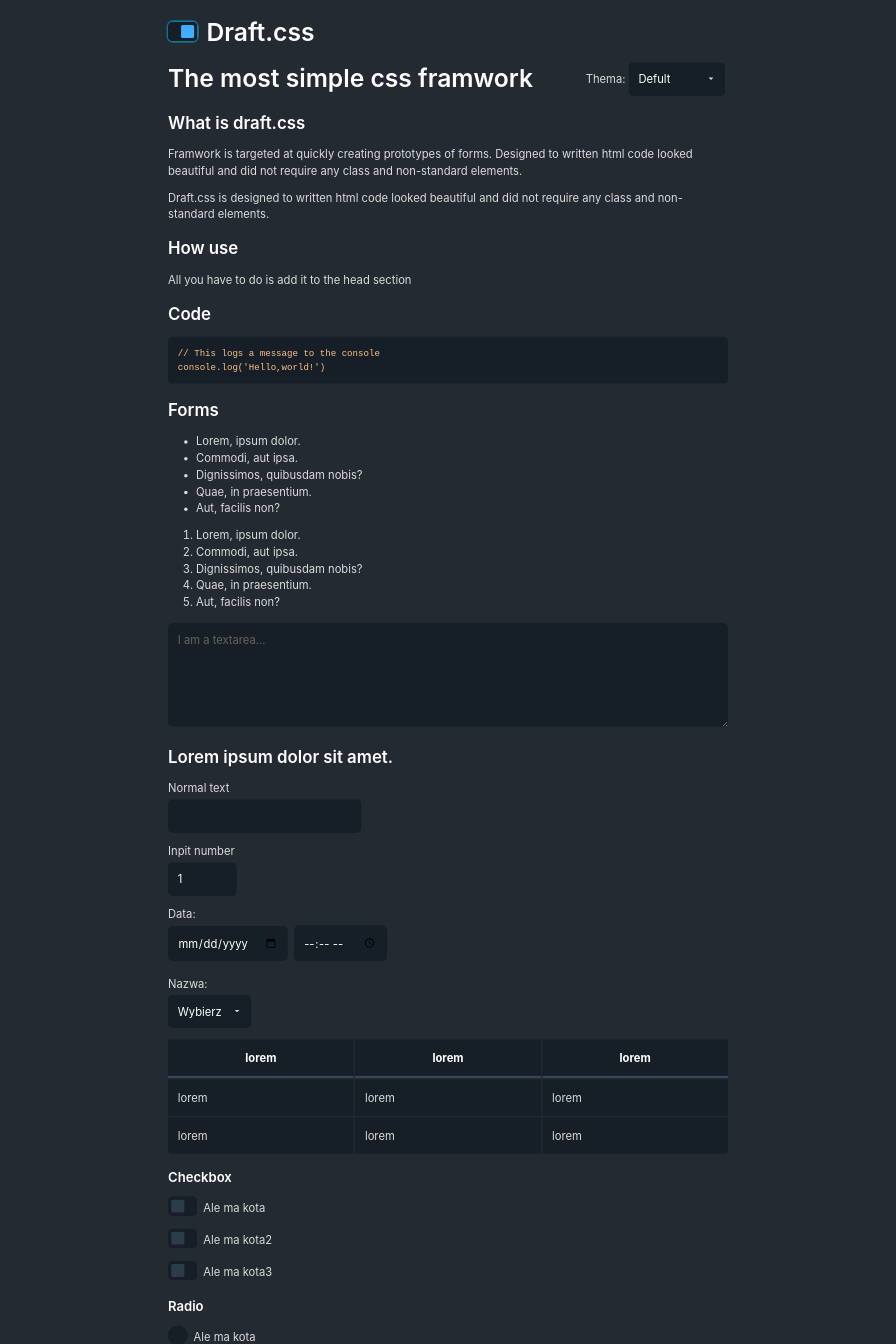
Repository: KozakBartosz/Draft
Page: index.html
The author's editor kept a copy of each file at every save. The page is drawn from the files as they stood at one save, then again after the next save.
The browser window is 1280 px wide. The pictures show the part of the page from y = 0 to 1920 px (the page is 3723 px tall before and 3871 px after), at 70% of full size.

Above is the page before, as saved 2019-04-12 08:31:18.

### index.html
<!DOCTYPE html>
<html lang="en">
	<head>
		<meta charset="UTF-8" />
		<meta name="viewport" content="width=device-width, initial-scale=1.0" />
		<meta http-equiv="X-UA-Compatible" content="ie=edge" />
		<title>Draft.css</title>
		<link rel="stylesheet" href="draft.css" />
	</head>
	<body>
		<h1><input type="checkbox" checked="checked" /> Draft.css</h1>
		<div style="float: right">
			Thema:
			<select name="" id="changethema">
				<option value="0">Defult</option>
				<option value="1">Defult mini</option>
				<option value="2">Light</option>
				<option value="3">Blood</option>
				<option value="4">Matrix</option>
			</select>
		</div>
		<h1>The most simple css framwork</h1>
		<h2>What is draft.css</h2>
		<p>
			Framwork is targeted at quickly creating prototypes of forms.
			Designed to written html code looked beautiful and did not require
			any class and non-standard elements.
		</p>
		<p>
			Draft.css is designed to written html code looked beautiful and did
			not require any class and non-standard elements.
		</p>
		<h2>How use</h2>
		<p>All you have to do is add it to the head section</p>

		<h2>Code</h2>
		<pre><code>// This logs a message to the console<br />console.log('Hello,world!')</code></pre>
		<h2>Forms</h2>

		<ul>
			<li>Lorem, ipsum dolor.</li>
			<li>Commodi, aut ipsa.</li>
			<li>Dignissimos, quibusdam nobis?</li>
			<li>Quae, in praesentium.</li>
			<li>Aut, facilis non?</li>
		</ul>
		<ol>
			<li>Lorem, ipsum dolor.</li>
			<li>Commodi, aut ipsa.</li>
			<li>Dignissimos, quibusdam nobis?</li>
			<li>Quae, in praesentium.</li>
			<li>Aut, facilis non?</li>
		</ol>
		<textarea
			name="about"
			id="about"
			placeholder="I am a textarea..."
			rows="6"
		></textarea>
		<h2>Lorem ipsum dolor sit amet.</h2>
		<label>
			Normal text
			<input type="text" />
		</label>
		<label>
			Inpit number <input type="number" / value="1">
		</label>
		Data:
		<div>
			<input type="date" />
			<input type="time" />
		</div>
		<label>
			Nazwa:
			<select name="" id="">
				<option value="">Wybierz</option>
				<option value="">jeden</option>
				<option value="">dwa</option>
				<option value="">trzy</option>
			</select>
		</label>

		<table>
			<tr>
				<th>lorem</th>
				<th>lorem</th>
				<th>lorem</th>
			</tr>
			<tr>
				<td>lorem</td>
				<td>lorem</td>
				<td>lorem</td>
			</tr>
			<tr>
				<td>lorem</td>
				<td>lorem</td>
				<td>lorem</td>
			</tr>
		</table>

		<h3>Checkbox</h3>
		<label> <input type="checkbox" /> Ale ma kota </label>

		<label> <input type="checkbox" /> Ale ma kota2 </label>

		<label> <input type="checkbox" /> Ale ma kota3 </label>

		<h3>Radio</h3>
		<label> <input type="radio" name="radio" /> Ale ma kota </label>
		<label> <input type="radio" name="radio" /> Ale ma kota2 </label>
		<label> <input type="radio" name="radio" /> Ale ma kota3 </label>

		<hr />

		<h2>Search</h2>

		<fieldset class="search">
			<legend>Szukaj</legend>
			<form action="produkty,szukaj" method="get">
				<input
					type="text"
					name="q"
					placeholder="Wpisz czego szukasz..."
				/>
				<button>Szukaj</button>
			</form>
		</fieldset>

		<h2>Change button color by html</h2>

		<h2>Code</h2>
		<pre><code>&lt;button&gt;Exit&lt;/button&gt;<br>&lt;button style="--button: #7e1616; --buttonhover: #b40d0d;"&gt;
	Ok<br>&lt;/button&gt;</code></pre>

		<h3>result</h3>
		<button>Exit</button>
		<button style="--button: #7e1616; --buttonhover: #b40d0d;">
			Ok
		</button>

		<h2>Details</h2>

		<details>
			<summary>Szczypta detali</summary>
			<p>Informacje szczegółowe na dany temat.</p>
		</details>

		<details open>
			<summary>Jeszcze wiecej szczegółów</summary>
			<p>Tu jest jeszcze wiecej informacji szczegółowych</p>
		</details>

		<h2>Real Form</h2>

		<form>
			<label for="email">Email</label>
			<input
				type="email"
				name="email"
				id="email"
				placeholder="john.doe@gmail.com"
			/>

			<label for="id">User id (read only)</label>
			<input readonly="" name="id" id="id" value="04D6H89Z" />

			<label for="disabled">Random disabled input</label>
			<input
				disabled=""
				name="disabled"
				id="disabled"
				placeholder="Because why not?"
			/>

			<label for="about">About me</label>

			<input type="checkbox" name="remember" id="remember" checked="" />
			<label for="remember">Remember me</label>

			<input type="submit" />
		</form>

		<p>
			<strong>Lorem ipsum</strong> dolor sit,
			<a href="">amet consectetur adipisicing</a> elit.
			<i>Hic nobis</i> atque eligendi voluptatum doloribus rem praesentium
			veniam quo delectus explicabo, architecto ipsam ipsa unde vitae
			excepturi iusto nesciunt placeat ducimus.
		</p>
		<p>
			Lorem ipsum dolor sit amet consectetur adipisicing elit. Enim saepe
			quisquam delectus accusantium nam recusandae obcaecati ullam, non
			neque <a href="">commodi modi tempore </a>magni magnam. Tenetur
			officiis mollitia facere libero sint.
		</p>
		<h4>Lorem ipsum dolor sit amet.</h4>
		<p>
			Lorem ipsum dolor, sit amet consectetur adipisicing elit. Possimus,
			vero quibusdam. Rerum libero nihil aspernatur, ipsam vel voluptatem
			inventore quasi. Odit, sapiente? Delectus beatae laudantium sapiente
			cupiditate et libero? Corrupti.
		</p>

		<button>Send</button>
		<script>
			var themes = [
				[
					{ brand: "#41adff" },
					{ mainbg: "#232a31" },
					{ mainpaddng: "14px" },
					{ radius: "7px" },

					{ low: "#161f27" },
					{ like: "#2b3c4b" },
					{ midi: "#324759" },
					{ hight: "#0b7392" },

					{ text: "#dbdbdb" },
					{ textContrast: "#fff" },

					{ code: "#ffbe85" },

					{ button: "#2b3c4a" },
					{ buttonhover: "#334a5e" },
					{ buttontext: "#fff" },

					{ fillhover: "#1b2731" }
				],
				[
					{ brand: "#41adff" },
					{ mainbg: "#232a31" },
					{ mainpaddng: "12px" },
					{ radius: "12px" },

					{ low: "#161f27" },
					{ like: "#2b3c4b" },
					{ midi: "#324759" },
					{ hight: "#0b7392" },

					{ text: "#dbdbdb" },
					{ textContrast: "#fff" },

					{ code: "#ffbe85" },

					{ button: "#2b3c4a" },
					{ buttonhover: "#334a5e" },
					{ buttontext: "#fff" },

					{ fillhover: "#1b2731" }
				],
				[
					{ brand: "#41adff" },
					{ mainbg: "#ffffff" },
					{ mainpaddng: "14px" },
					{ radius: "7px" },

					{ low: "#e8f1fa" },
					{ like: "#cfe2f7" },
					{ midi: "#b2cee7" },
					{ hight: "#1db5e4" },

					{ text: "#3f4646" },
					{ textContrast: "#1a1f1f" },

					{ code: "#20595f" },

					{ button: "#3dcca1" },
					{ buttonhover: "#34e0ad" },
					{ buttontext: "#fff" },

					{ fillhover: "#e8f5ff" }
				],
				[
					{ mainpaddng: "18px" },
					{ radius: "3px" },
					{ brand: "#c21a1a" },
					{ mainbg: "#312323" },

					{ code: "#ffbe85" },

					{ text: "#dbdbdb" },
					{ textContrast: "#fff" },

					{ button: "#4a2b2b" },
					{ buttonhover: "#5e3333" },
					{ buttontext: "#fff" },

					{ fillhover: "#311b1b" },

					{ low: "#271616" },
					{ like: "#4b2b2b" },
					{ midi: "#593232" },
					{ hight: "#800f0f" }
				],
				[
					{ mainpaddng: "11px" },
					{ radius: "13px" },
					{ brand: "#1ac260" },
					{ mainbg: "#233126" },

					{ code: "#c0ff85" },

					{ text: "#dbdbdb" },
					{ textContrast: "#fff" },

					{ button: "#324a2b" },
					{ buttonhover: "#385e33" },
					{ buttontext: "#fff" },

					{ fillhover: "#1b3122" },

					{ low: "#162717" },
					{ like: "#2b4b2e" },
					{ midi: "#32593f" },
					{ hight: "#0f803a" }
				]
			];

			let changethema = document.getElementById("changethema");
			let root = document.documentElement;
			changethema.addEventListener("change", e => {
				console.log(e);
				var theme = themes[e.target.value];
				theme.forEach(element => {
					var k = Object.keys(element)[0];
					root.style.setProperty("--" + k, element[k]);
				});
			});
		</script>
	</body>
</html>

### draft.css
/* TO DO */
/* <details> */
:root {
	--brand: #41adff;
	--mainbg: #232a31;
	--mainpaddng: 14px;
	--radius: 7px;

	--low: #161f27;
	--like: #2b3c4b;
	--midi: #324759;
	--hight: #0b7392;

	--text: #dbdbdb;
	--textContrast: #fff;

	--code: #ffbe85;

	--button: #2b3c4a;
	--buttonhover: #334a5e;
	--buttontext: #fff;

	--fillhover: #1b2731;
}
/*
:root {
	--brand: #41adff;
	--mainbg: #ffffff;
	--mainpaddng: 14px;
	--radius: 7px;

	--low: #e8f1fa;
	--like: #cfe2f7;
	--midi: #b2cee7;
	--hight: #1db5e4;

	--text: #3f4646;
	--textContrast: #1a1f1f;

	--code: #20595f;

	--button: #3dcca1;
	--buttonhover: #34e0ad;
	--buttontext: #fff;

	--fillhover: #e8f5ff;
} */

/* :root {
	--mainpaddng: 18px;
	--radius: 3px;
	--brand: #c21a1a;
	--mainbg: #312323;

	--code: #ffbe85;

	--text: #dbdbdb;
	--textContrast: #fff;

	--button: #4a2b2b;
	--buttonhover: #5e3333;
	--buttontext: #fff;

	--fillhover: #311b1b;

	--low: #271616;
	--like: #4b2b2b;
	--midi: #593232;
	--hight: #800f0f;
} */

/* :root {
	--mainpaddng: 11px;
	--radius: 13px;
	--brand: #1ac260;
	--mainbg: #233126;

	--code: #c0ff85;

	--text: #dbdbdb;
	--textContrast: #fff;

	--button: #324a2b;
	--buttonhover: #385e33;
	--buttontext: #fff;

	--fillhover: #1b3122;

	--low: #162717;
	--like: #2b4b2e;
	--midi: #32593f;
	--hight: #0f803a;
} */
body {
	font-family: -apple-system, BlinkMacSystemFont, "Segoe UI", "Roboto",
		"Oxygen", "Ubuntu", "Cantarell", "Fira Sans", "Droid Sans",
		"Helvetica Neue", sans-serif;
	line-height: 1.5;
	max-width: 800px;
	margin: 20px auto;
	padding: 0 var(--mainpaddng);
	color: var(--text);
	background: var(--mainbg);
	text-rendering: optimizeLegibility;
}

label {
	display: block;
}

button,
input,
textarea {
	vertical-align: middle;
	transition: background-color 0.2s ease, box-shadow 0.2s ease,
		transform 0.2s ease;
}
h1 {
	font-size: 2.2em;
	margin-top: 0;
}
h1,
h2,
h3,
h4,
h5,
h6 {
	margin-bottom: 12px;
}
h1,
h2,
h3,
h4,
h5,
h6,
strong {
	color: var(--textContrast);
	font-weight: 600;
}
button,
input[type="submit"],
input[type="button"],
input[type="checkbox"],
input[type="radio"] {
	cursor: pointer;
	display: inline-block;
}

input,
select,
button,
textarea {
	/* display: block; */
	color: var(--textContrast);
	background-color: var(--low);
	font-family: inherit;
	font-size: inherit;
	margin: 4px 4px 6px 0;
	padding: var(--mainpaddng);
	border: none;
	border-radius: var(--radius);
	outline: none;
	-webkit-appearance: none;
}
input[type="number"] {
	max-width: calc(var(--mainpaddng) * 5);
}

button:hover,
input:hover,
select:hover,
textarea:hover,
textarea:hover {
	background-color: var(--fillhover);
}

label > input,
label > select {
	display: block;
}

textarea {
	margin-right: 0;
	width: 100%;
	box-sizing: border-box;
	resize: vertical;
}
button,
input[type="submit"],
input[type="button"] {
	color: var(--buttontext);
	background-color: var(--button);
	padding: var(--mainpaddng) calc(var(--mainpaddng) * 2);
}

select {
	padding-right: calc(var(--mainpaddng) * 3);
	background: var(--low)
		url("data:[embedded picture, 198 characters]")
		100% 50%/27px 7px no-repeat;
}

input:focus,
select:focus,
button:focus,
textarea:focus {
	background-color: var(--fillhover);
	box-shadow: 0 0 0 2px var(--hight);
}

button:focus,
input[type="submit"]:focus,
input[type="button"]:focus {
	background-color: var(--buttonhover);
}

button:hover,
input[type="submit"]:hover,
input[type="button"]:hover {
	background-color: var(--buttonhover);
	box-shadow: 0 5px 20px -5px rgba(0, 0, 0, 0.35), 0 3px 0 0 var(--button);
	transform: translateY(-3px);
}
button:active {
	transform: translateY(0px);
	box-shadow: 0 5px 20px -5px rgba(0, 0, 0, 0.35);
}

input:disabled {
	cursor: not-allowed;
	opacity: 0.5;
}

input[type="radio"],
input[type="checkbox"] {
	margin-top: -2px;
	transition: background-color 0.25s ease,
		box-shadow 0.25s cubic-bezier(0.53, 1.59, 0.51, 1);
}
input[type="checkbox"] {
	background-color: var(--like);
	width: calc(var(--mainpaddng) * 3);
	box-shadow: calc(var(--mainpaddng) * -1) 0 0 calc(var(--mainpaddng) / 3)
			var(--low) inset,
		0 0 0 calc(var(--mainpaddng) / 3) var(--low) inset;
}
input[type="checkbox"]:hover,
input[type="radio"]:hover {
	background-color: var(--midi);
}
input[type="checkbox"]:focus {
	box-shadow: calc(var(--mainpaddng) * -1) 0 0 calc(var(--mainpaddng) / 3)
			var(--low) inset,
		0 0 0 calc(var(--mainpaddng) / 3) var(--low) inset,
		0 0 0 2px var(--hight);
}

input[type="radio"] {
	border-radius: 100%;
	box-shadow: 0 0 0 calc(var(--mainpaddng) / 2) var(--low) inset;
}
input[type="checkbox"]:checked,
input[type="radio"]:checked {
	box-shadow: 0 0 0 calc(var(--mainpaddng) / 3) var(--low) inset,
		0 0 0 2px var(--hight), 0 0 0 1px var(--low);
	background-color: var(--brand);
}

input[type="checkbox"]:checked {
	box-shadow: var(--mainpaddng) 0 0 calc(var(--mainpaddng) / 3) var(--low)
			inset,
		0 0 0 calc(var(--mainpaddng) / 3) var(--low) inset,
		0 0 0 2px var(--hight);
}

::placeholder {
	color: #636363;
}
a {
	text-decoration: none;
	color: var(--hight);
}
a:hover {
	text-decoration: underline;
	color: var(--brand);
}
ul,
ol,
label,
code,
p {
	margin: var(--mainpaddng) 0;
}

code,
kbd {
	background: var(--low);
	color: var(--code);
	padding: var(--mainpaddng);
	border-radius: var(--radius);
}
/* pre {
	margin: 0 calc(var(--mainpaddng) * -1);
} */
pre > code {
	display: block;
	overflow-x: auto;
}
img {
	max-width: 100%;
}
hr {
	margin: var(--mainpaddng) 0;
	border: none;
	height: 3px;
	border-radius: calc(var(--radius) / 6);
	background: var(--midi);
}
fieldset {
	border: 3px solid var(--midi);
	border-radius: var(--radius);
}
fieldset > legend {
	font-weight: 600;
	color: var(--textContrast);
	padding: calc(var(--mainpaddng) / 2) calc(var(--mainpaddng));
}

details {
	border: 3px solid var(--midi);
	border-radius: var(--radius);
	background: var(--like);
}

table {
	/* border-collapse: collapse; */
	margin: var(--mainpaddng) -2px;
	border-radius: calc(var(--radius) + 4px);
	width: calc(100% + 4px);
	overflow: hidden;
	border-spacing: 2px;
}
td,
th {
	padding: var(--mainpaddng);
	background: var(--low);
}
th {
	border-bottom: 3px solid var(--midi);
	color: var(--textContrast);
}
tr:hover td,
tr:hover th {
	background-color: var(--fillhover);
}

After the next save:
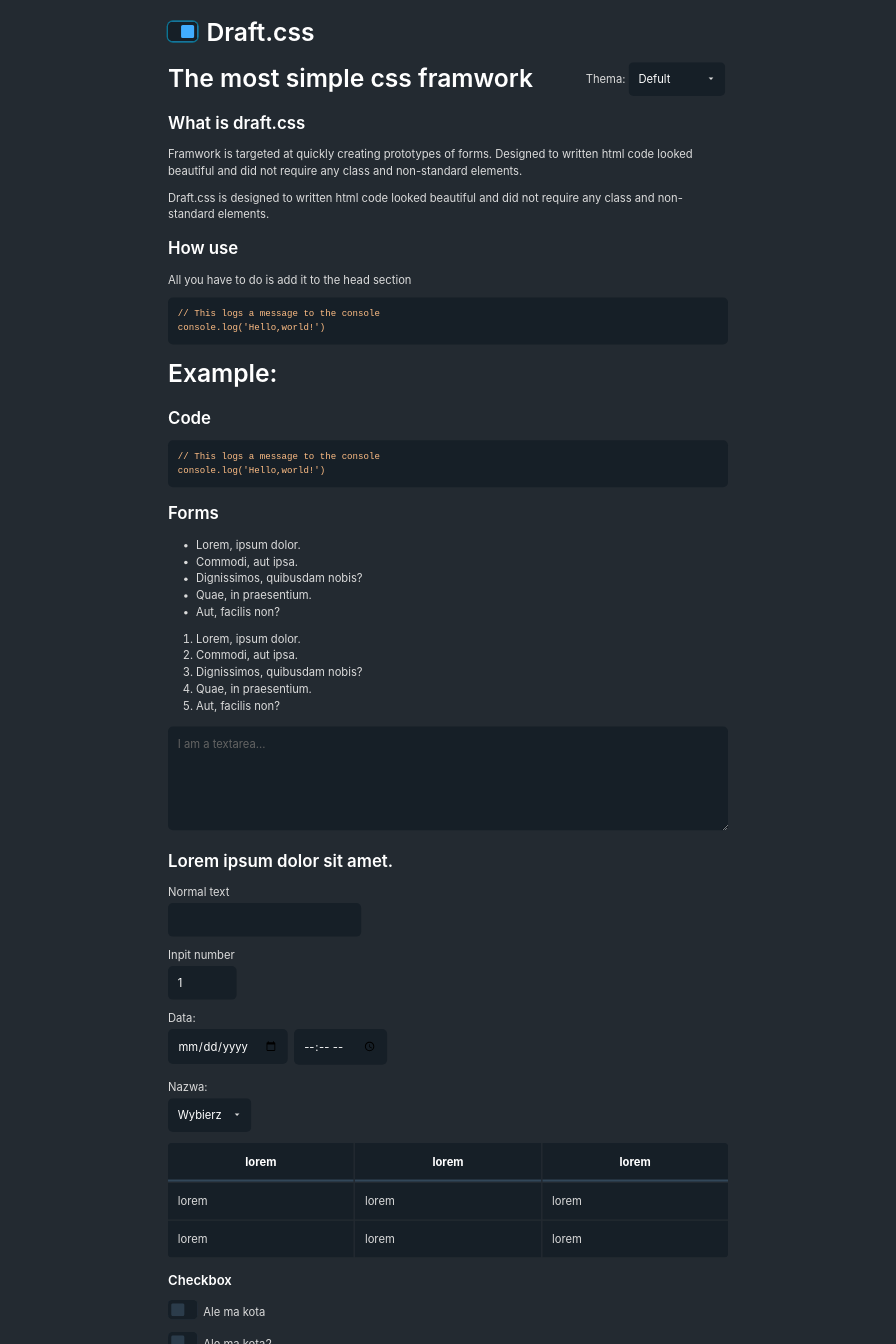
Saved 13 s later.
--- a/index.html
+++ b/index.html
@@ -32,6 +32,10 @@
 		</p>
 		<h2>How use</h2>
 		<p>All you have to do is add it to the head section</p>
+
+		<pre><code>// This logs a message to the console<br />console.log('Hello,world!')</code></pre>
+
+		<h1>Example:</h1>
 
 		<h2>Code</h2>
 		<pre><code>// This logs a message to the console<br />console.log('Hello,world!')</code></pre>
